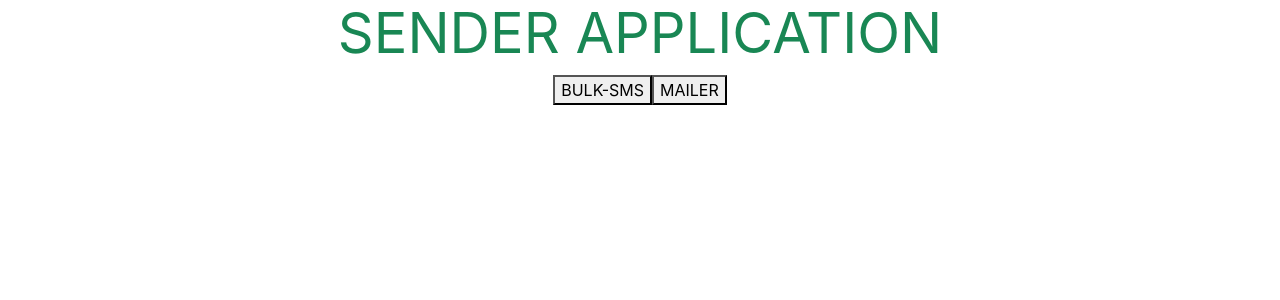
Repository: oluwaseyi9325/react-redux
Page: /mailer
These files come from the project's save history. The page is drawn as it stood at one moment and after the next save; the edit follows.
The browser window is 1280 px wide. The pictures show the whole page.
The project was rebuilt for these pictures with package versions that can differ from the ones it lists, and the page was loaded fresh each time. Also part of the build but not shown: src/Pages/Index.tsx, src/Pages/NotFond.tsx.

Above is the page before, as saved 2023-04-18 17:15:18.

### public/index.html
<!DOCTYPE html>
<html lang="en">

<head>
  <meta charset="utf-8" />
  <link rel="icon" href="%PUBLIC_URL%/favicon.ico" />
  <meta name="viewport" content="width=device-width, initial-scale=1" />
  <meta name="theme-color" content="#000000" />
  <meta name="description" content="Web site created using create-react-app" />
  <link rel="apple-touch-icon" href="%PUBLIC_URL%/logo192.png" />
  <link rel="manifest" href="%PUBLIC_URL%/manifest.json" />
  <link href="https://cdn.jsdelivr.net/npm/bootstrap@5.2.3/dist/css/bootstrap.min.css" rel="stylesheet" integrity="sha384-rbsA2VBKQhggwzxH7pPCaAqO46MgnOM80zW1RWuH61DGLwZJEdK2Kadq2F9CUG65" crossorigin="anonymous">
  <script src="https://cdn.jsdelivr.net/npm/bootstrap@5.2.3/dist/js/bootstrap.bundle.min.js" integrity="sha384-kenU1KFdBIe4zVF0s0G1M5b4hcpxyD9F7jL+jjXkk+Q2h455rYXK/7HAuoJl+0I4" crossorigin="anonymous"></script>
  <link rel="stylesheet" href="https://cdn.jsdelivr.net/npm/bootstrap-icons@1.10.3/font/bootstrap-icons.css">
  <title>SMS SENDER</title>
</head>

<body>
  <noscript>You need to enable JavaScript to run this app.</noscript>
  <div id="root"></div>
</body>

</html>

### src/index.tsx
import React from 'react';
import ReactDOM from 'react-dom/client';
import './index.css';
import App from './App';
import reportWebVitals from './reportWebVitals';
import { BrowserRouter } from 'react-router-dom';

const root = ReactDOM.createRoot(
  document.getElementById('root') as HTMLElement
);
root.render(
  <React.StrictMode>
    <BrowserRouter>
    <App />

    </BrowserRouter>
  </React.StrictMode>
);

// If you want to start measuring performance in your app, pass a function
// to log results (for example: reportWebVitals(console.log))
// or send to an analytics endpoint. Learn more: https://bit.ly/CRA-vitals
reportWebVitals();

### src/App.tsx
import React from 'react'
import { Route, Router, Routes } from 'react-router-dom'
import Index from './Pages/Index'
import Mailer from './Pages/Mailer'
import NotFond from './Pages/NotFond'

const App = () => {

  return (
    <>
    <Routes>
      <Route path='/' element={<Index/>} />
      <Route path='/mailer' element={<Mailer/>} />
      <Route path='*' element={<NotFond/>}/>
    </Routes>
    </>
  )
}

export default App

### src/Pages/Mailer.tsx
import React from 'react'
import NavBar from '../Components/NavBar'

const Mailer = () => {
  return (
    <div>
      <NavBar/>
    </div>
  )
}

export default Mailer

### src/Components/NavBar.tsx
import React from 'react'

const NavBar = () => {
  return (
    <>

      <div className='text-center'>
        <h4 className='text-success display-4'><b>SENDER APPLICATION</b></h4>
        <div>
            <button>BULK-SMS</button>
            <button>MAILER</button>
        </div>
      </div>

    </>
  )
}

export default NavBar

Loaded but not shown: src/index.css (common file); src/reportWebVitals.ts (common file)

After the next save:
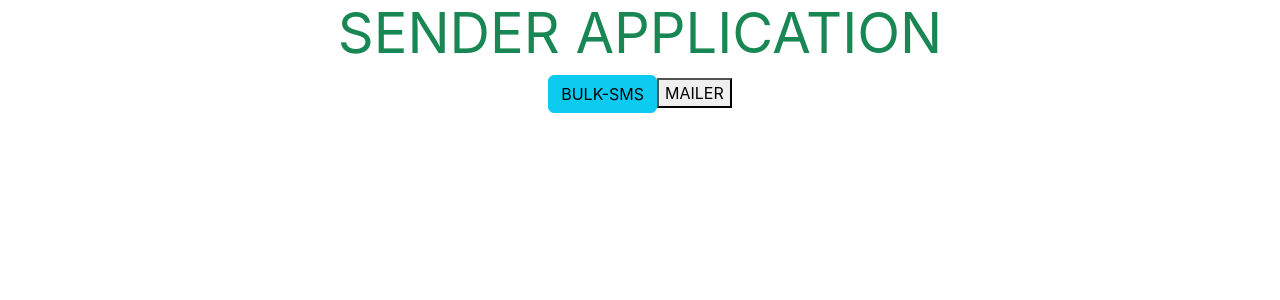
Saved 10 s later.
--- a/src/Components/NavBar.tsx
+++ b/src/Components/NavBar.tsx
@@ -7,7 +7,7 @@ const NavBar = () => {
       <div className='text-center'>
         <h4 className='text-success display-4'><b>SENDER APPLICATION</b></h4>
         <div>
-            <button>BULK-SMS</button>
+            <button className='btn btn-info'>BULK-SMS</button>
             <button>MAILER</button>
         </div>
       </div>
